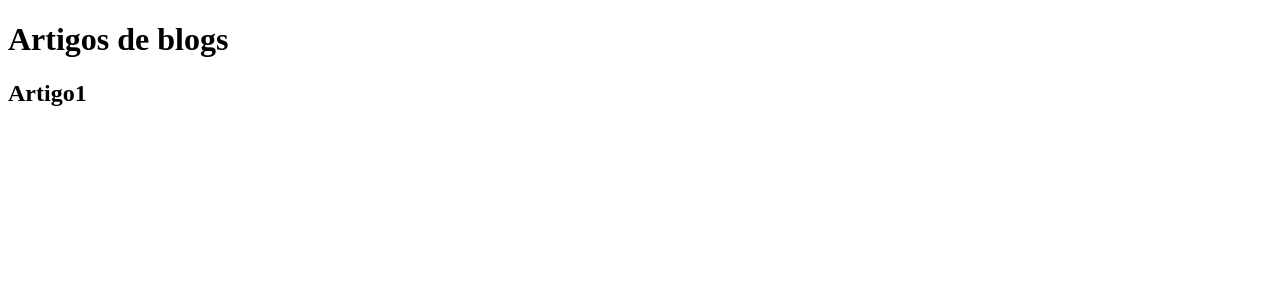
Repository: fnafelipe/TheOdinProject
Page: HTML/working-with-text/blog-article.html
The author's editor kept a copy of each file at every save. The page is drawn from the files as they stood at one save, then again after the next save.
The browser window is 1280 px wide. The pictures show the whole page.

Above is the page before, as saved 2026-09-02 20:56:40.

After the next save:
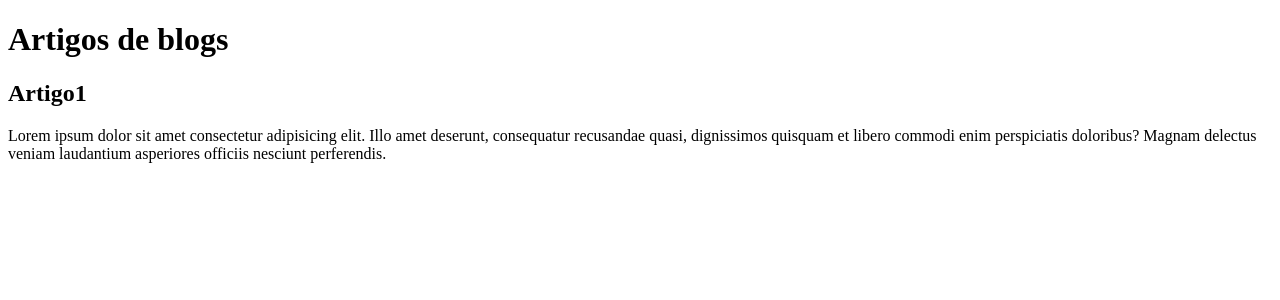
Saved 93 s later.
--- a/HTML/working-with-text/blog-article.html
+++ b/HTML/working-with-text/blog-article.html
@@ -8,5 +8,10 @@
 <body>
     <h1>Artigos de blogs</h1>
     <h2>Artigo1</h2>
+    <p>Lorem ipsum dolor sit amet consectetur adipisicing elit.
+        Illo amet deserunt, consequatur recusandae quasi, dignissimos
+        quisquam et libero commodi enim perspiciatis doloribus?
+        Magnam delectus veniam laudantium asperiores officiis nesciunt
+        perferendis.</p>
 </body>
 </html>
